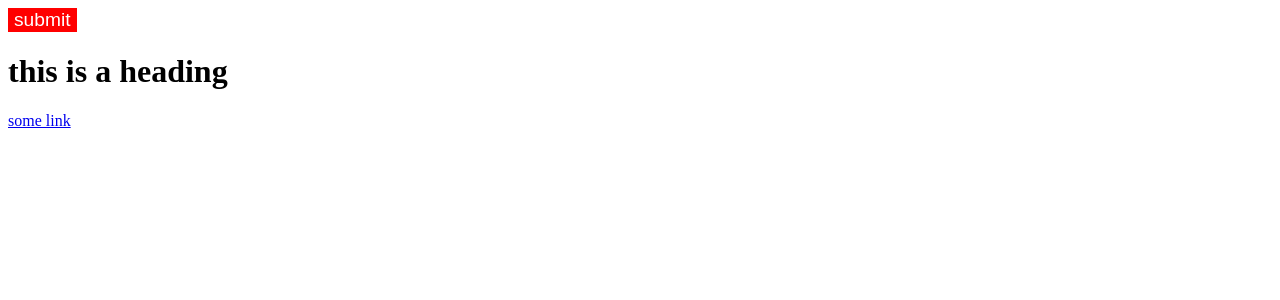
Repository: Kamrangujjar85112/Javascript-Vanilla-Projects
Page: index.html
An editor plug-in stored every save of this project. The page is shown before and after the next save, followed by the edit.
The browser window is 1280 px wide. The pictures show the whole page.

Above is the page before, as saved 2022-01-20 17:08:58.

After the next save:
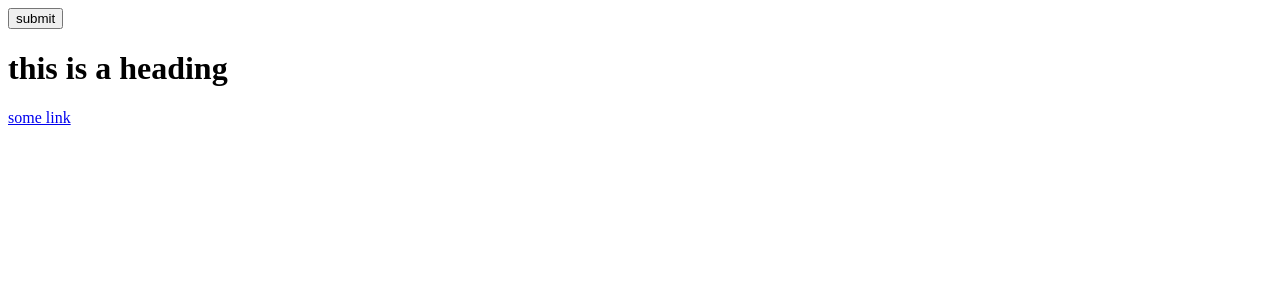
Saved 53 s later.
--- a/index.html
+++ b/index.html
@@ -17,11 +17,11 @@
             text-transform:capitalize;
             font-size: 2rem;
         }
-        .btn{
+        /* .btn{
             background-color: red;
             color: white;
             font-size: 1.2rem;
-            border: none;
+            border: none; */
         }
         .text{
             display: inline-block;

After the 2 saves that followed:
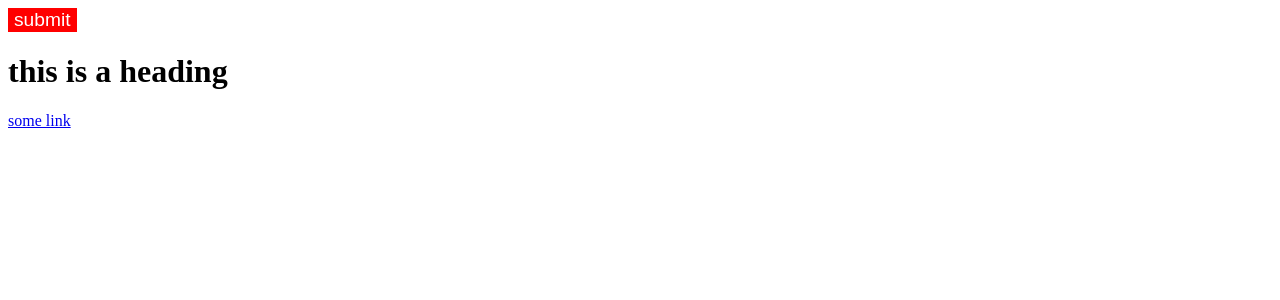
The 2 saves are shown as one change because 1 left the picture as it was.
The last was saved 42 s later.
--- a/index.html
+++ b/index.html
@@ -17,11 +17,11 @@
             text-transform:capitalize;
             font-size: 2rem;
         }
-        /* .btn{
+        .btn{
             background-color: red;
             color: white;
             font-size: 1.2rem;
-            border: none; */
+            border: none;
         }
         .text{
             display: inline-block;
